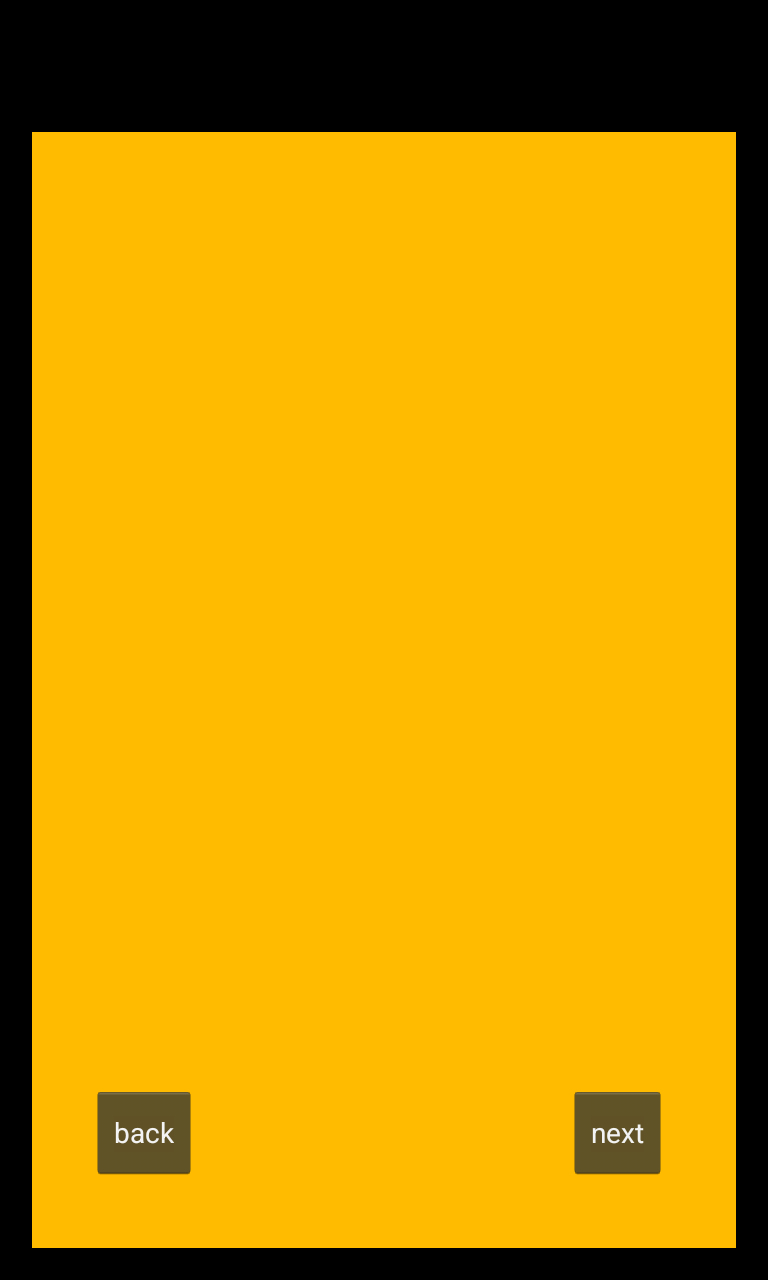
Repository: sbobhate/Android-Applications
Layout: Orient/res/layout/activity_instructions.xml
An editor plug-in stored every save of this project. The layout is shown before and after the next save, followed by the edit.
It is drawn on a 768 x 1280 px phone screen (xhdpi) without system bars, with theme AppTheme; the app's code is not run.

Above is the layout before, as saved 2014-02-19 13:16:09.

After the next save:
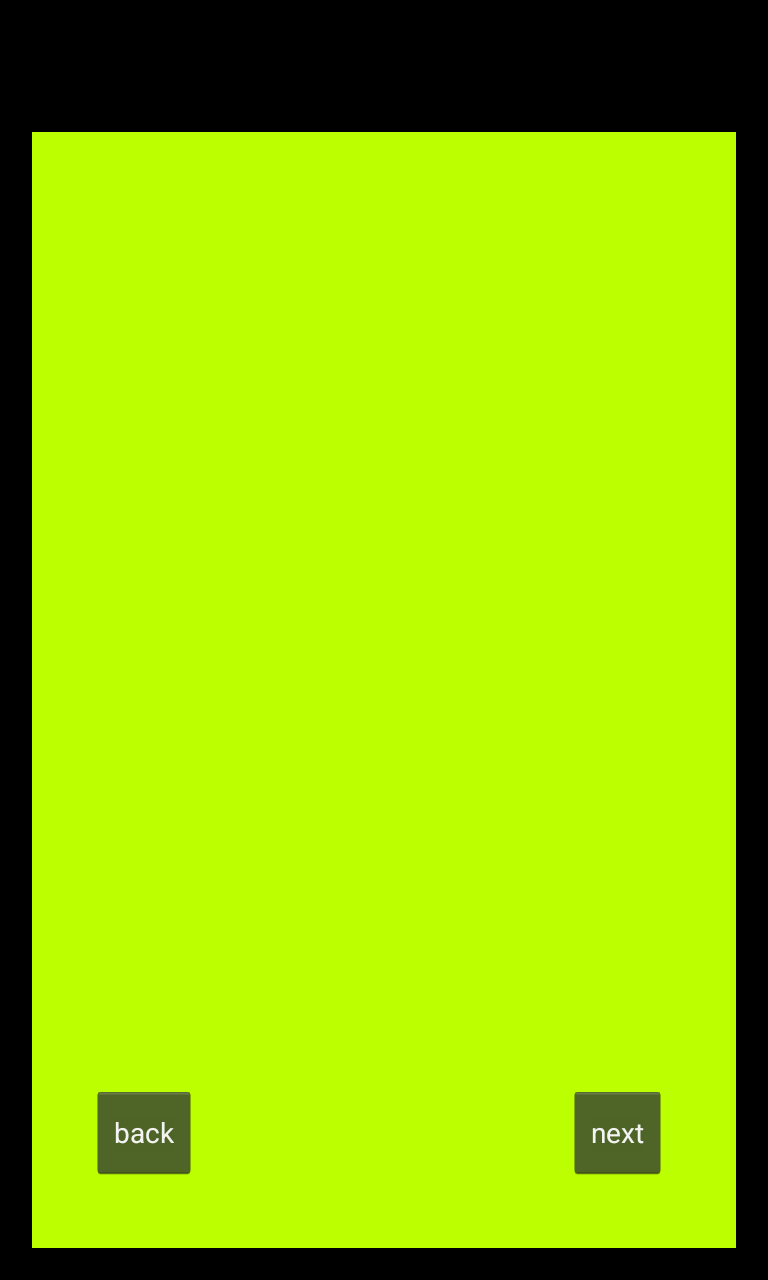
Saved 20 s later.
--- a/Orient/res/layout/activity_instructions.xml
+++ b/Orient/res/layout/activity_instructions.xml
@@ -34,7 +34,7 @@
         android:layout_centerHorizontal="true"
         android:layout_marginTop="50dp"
         android:textAppearance="?android:attr/textAppearanceLarge"
-        android:background="#FFBB00" />
+        android:background="#BBFF00" />
 
     <Button
         android:id="@+id/button1"
